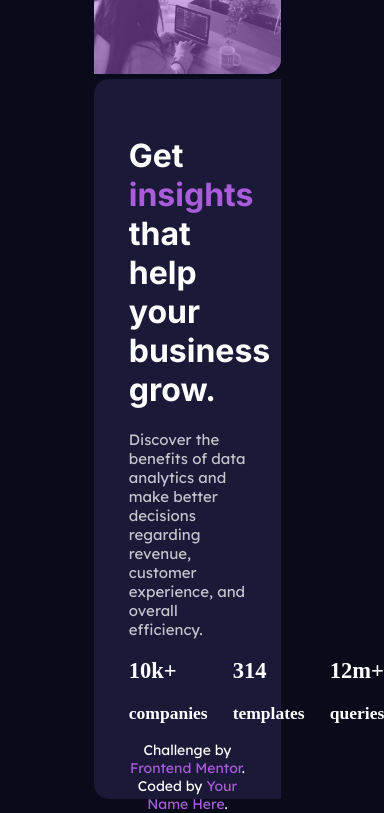
Repository: wasanmsn/Card_Challange
Page: index.html
These files come from the project's save history. The page is drawn as it stood at one moment and after the next save; the edit follows.
The browser window is 375 px wide. The page is 384 px wide, so the pictures cover 384 px, including what lies to the right of the window. The pictures show the whole page.

Above is the page before, as saved 2021-07-21 17:17:04.

### index.html
<!DOCTYPE html>
<html lang="en">

<head>
  <meta charset="UTF-8">
  <meta name="viewport" content="width=device-width, initial-scale=1.0">
  <!-- displays site properly based on user's device -->

  <link rel="icon" type="image/png" sizes="32x32" href="./images/favicon-32x32.png">
  <link rel="stylesheet" href="./stylesheet.css">

  <title>Frontend Mentor | Stats preview card component</title>

</head>

<body>
  <div class="container">
    <div class="column1">
      <h1 id="header">
        Get <span>insights</span> that help your business grow.
      </h1>
      <div id="content">
        Discover the benefits of data analytics and make better decisions regarding revenue, customer
        experience, and overall efficiency.
      </div>
      <div id="content2">
        <div class="row"><h2>10k+</h2> <h3>companies</h3></div>
        <div class="row"><h2>314</h2> <h3>templates</h3></div>
        <div class="row"><h2>12m+</h2> <h3>queries</h3></div>
      </div>
      <div class="attribution">
        Challenge by <a href="https://www.frontendmentor.io?ref=challenge" target="_blank">Frontend Mentor</a>.
        Coded by <a href="#">Your Name Here</a>.
      </div>
    </div>
      <div class="column2">
        <image id="img" src="./images/image-header-desktop.jpg">
    </div>
  </div>


</body>

</html>

### stylesheet.css
@import url('https://fonts.googleapis.com/css2?family=Inter:wght@400;700&family=Lexend+Deca&display=swap');

body {
    margin: 0;
    padding: 0;
    background-color: hsl(233, 47%, 7%);

}

.container {
    width: 100%;
    display: flex;
    height: 90vh;
    justify-content: center;
    align-items: center;

}

.column1 {
    -webkit-box-sizing: border-box;
    /* Safari/Chrome, other WebKit */
    -moz-box-sizing: border-box;
    /* Firefox, other Gecko */
    box-sizing: border-box;
    /* Opera/IE 8+ */
    display: flex;
    flex-direction: column;
    justify-content: space-between;
    height: 22rem;
    width: 50%;
    padding: 35px;
    border-radius: 15px 0 0 15px;
    background-color: hsl(244, 38%, 16%);

}

.column2 {
    -webkit-box-sizing: border-box;
    /* Safari/Chrome, other WebKit */
    -moz-box-sizing: border-box;
    /* Firefox, other Gecko */
    box-sizing: border-box;
    /* Opera/IE 8+ */
    height: 22rem;
    border-radius: 0 15px 15px 0;
    background-color: hsl(277, 64%, 61%);
}

span {
    color: hsl(277, 64%, 61%);

}

#img {
    opacity: 0.5;
    height: 100%;
    border-radius: 0 15px 15px 0;
}

#header {
    font-family: 'Inter', sans-serif;
    font-weight: 700;
    color: hsl(0, 0%, 100%);
}

#content {
    font-size: 15px;
    font-family: 'Lexend Deca', sans-serif;
    color: hsla(0, 0%, 100%, 0.75);
}

#content2 {
    display: flex;
    font-size: 15px;
    font-family: 'Times New Roman', Times, serif;
    color: hsl(0, 0%, 100%);
}

.row {
    display: block;
    margin-right: 25px;
}

.attribution {
    font-size: 14px;
    text-align: center;
    font-family: 'Lexend Deca', sans-serif;
    color: hsl(0, 0%, 100%);
}

.attribution a {
    text-decoration: none;
    color: hsl(277, 64%, 61%);
}

@media (max-width:600px) {
    .container {
        width: 100%;
        display: flex;
        height: 90vh;
        flex-direction: column-reverse;
        justify-content: center;
        align-items: center;

    }

    .column1 {
        -webkit-box-sizing: border-box;
        /* Safari/Chrome, other WebKit */
        -moz-box-sizing: border-box;
        /* Firefox, other Gecko */
        box-sizing: border-box;
        /* Opera/IE 8+ */
        display: flex;
        flex-direction: column;
        justify-content: space-between;
        height: 100%;
        margin: 5px;
        border-radius: 15px 0 0 15px;
        background-color: hsl(244, 38%, 16%);

    }

    .column2 {
        -webkit-box-sizing: border-box;
        /* Safari/Chrome, other WebKit */
        -moz-box-sizing: border-box;
        /* Firefox, other Gecko */
        box-sizing: border-box;
        /* Opera/IE 8+ */
        width: 50%;
        border-radius: 0 15px 15px 0;
        background-color: hsl(277, 64%, 61%);
    }
    #img {
        opacity: 0.5;
        height: 100%;
        width: 100%;
        border-radius: 0 15px 15px 0;
    }
}

After the next save:
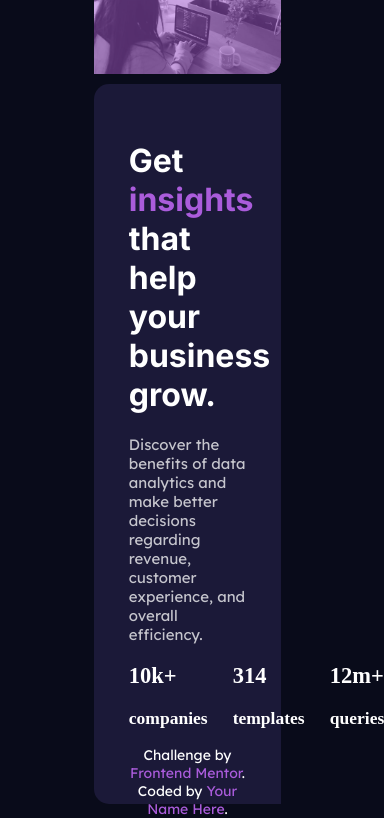
Saved 11 s later.
--- a/stylesheet.css
+++ b/stylesheet.css
@@ -115,7 +115,7 @@ span {
         flex-direction: column;
         justify-content: space-between;
         height: 100%;
-        margin: 5px;
+        margin-top: 10px;
         border-radius: 15px 0 0 15px;
         background-color: hsl(244, 38%, 16%);
 
